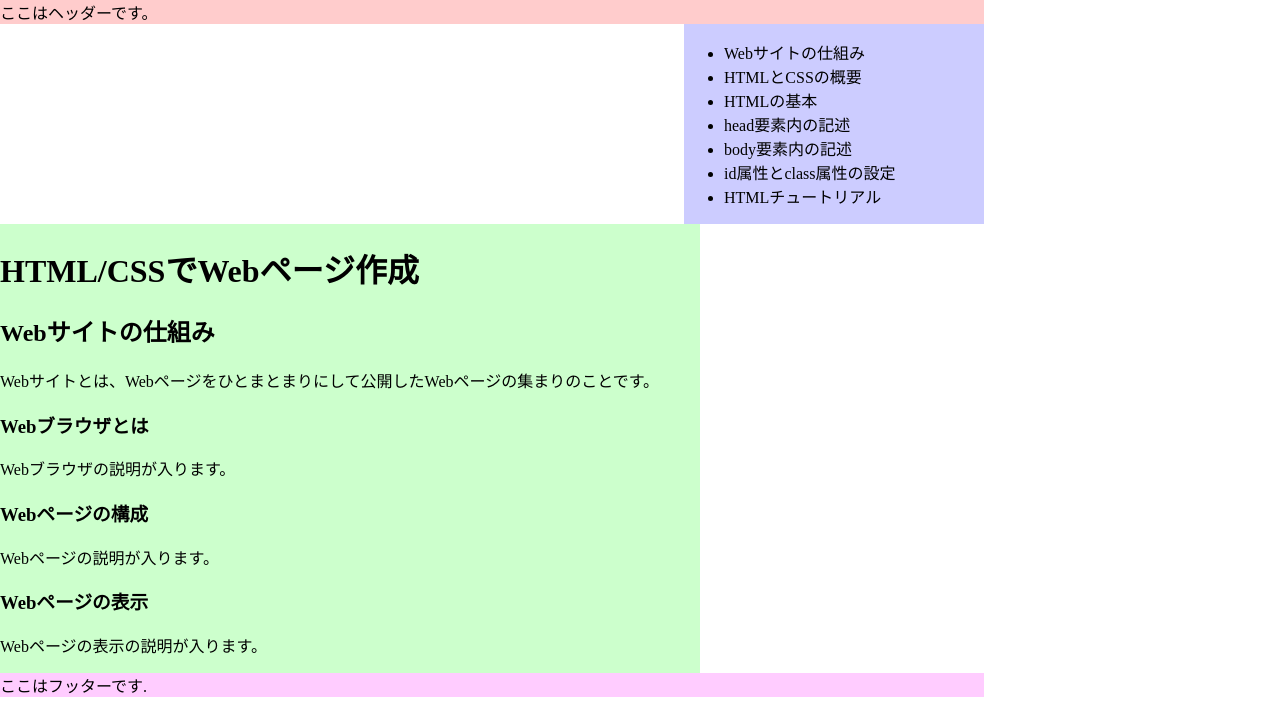
Repository: yoshimasa-ishihara/first-git
Page: kadai-html-css/kadai-html.html
The author's editor kept a record of every edit. The page is drawn from the files as they stood at one moment, then again after the next edit.
The browser window is 1280 px wide. The pictures show the whole page.

Above is the page before.

### kadai-html-css/kadai-html.html
<!DOCTYPE html>
<html lang="ja">
    <head>
        <meta charset="UTF-8">
        <title>HTML/CSSでWebページ作成</title>
        <link rel="stylesheet" href="kadai-css.css">
    </head>
    <body>
        <header>
         ここはヘッダーです。
        </header>
        <div id="wrapper" class="clearfix">
            <nav id="menu">
             <ul>
              <li>Webサイトの仕組み</li>
              <li>HTMLとCSSの概要</li>
              <li>HTMLの基本</li>
              <li>head要素内の記述</li>
              <li>body要素内の記述</li>
              <li>id属性とclass属性の設定</li>
              <li>HTMLチュートリアル</li>
             </ul>
            </nav>
            <div id="main">
             <h1>HTML/CSSでWebページ作成</h1>
             <h2>Webサイトの仕組み</h2>
             <p>Webサイトとは、Webページをひとまとまりにして公開したWebページの集まりのことです。 </p>
             <h3>Webブラウザとは</h3>
             <p>Webブラウザの説明が入ります。</p>
             <h3>Webページの構成</h3>
             <p>Webページの説明が入ります。</p>
             <h3>Webページの表示</h3>
             <p>Webページの表示の説明が入ります。</p>

            </div>
        </div>
        <footer>
          ここはフッターです.
        </footer>
    </body>
</html>

### kadai-html-css/kadai-css.css
@charset "UTF=8";

body{
    margin:0;
    padding:0;
    color:black;
}
#wrapper{
    width:984px;
    margin:0;
}
#menu{
    width:300px;
    float:right;
    background-color:#ccccff;
}
#main{
    width:700px;
    float:left;
    background-color:#ccffcc;
}
.clearfix::after{
    content:'';
    display:block;
    clear:both;
}
header{
    width:984px;
    margin:0;
    background-color:#ffcccc;
}
footer{
    width:984px;
    margin:0;
    background-color:#ffccff;
}

After the next edit:
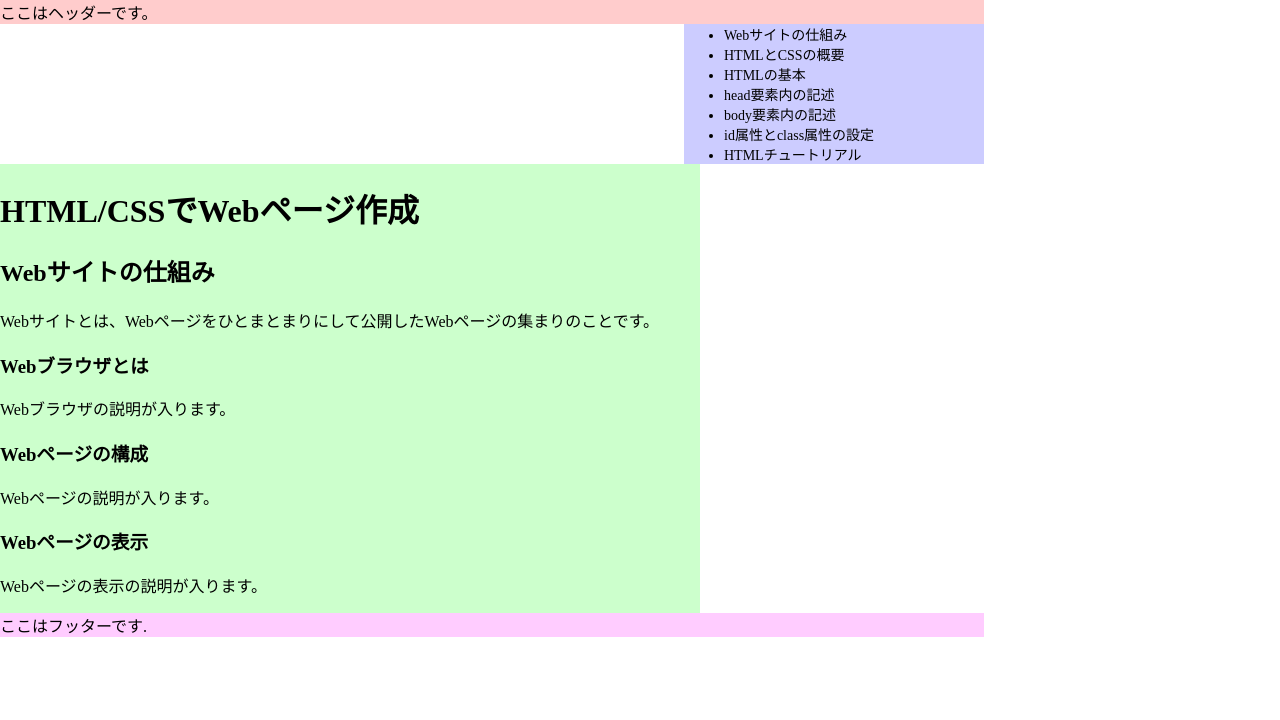
The edit:
--- a/kadai-html-css/kadai-css.css
+++ b/kadai-html-css/kadai-css.css
@@ -13,6 +13,12 @@
     width:300px;
     float:right;
     background-color:#ccccff;
+}
+#menu ul{
+    font-size:0;
+}
+#menu ul li{
+    font-size:14px;
 }
 #main{
     width:700px;
